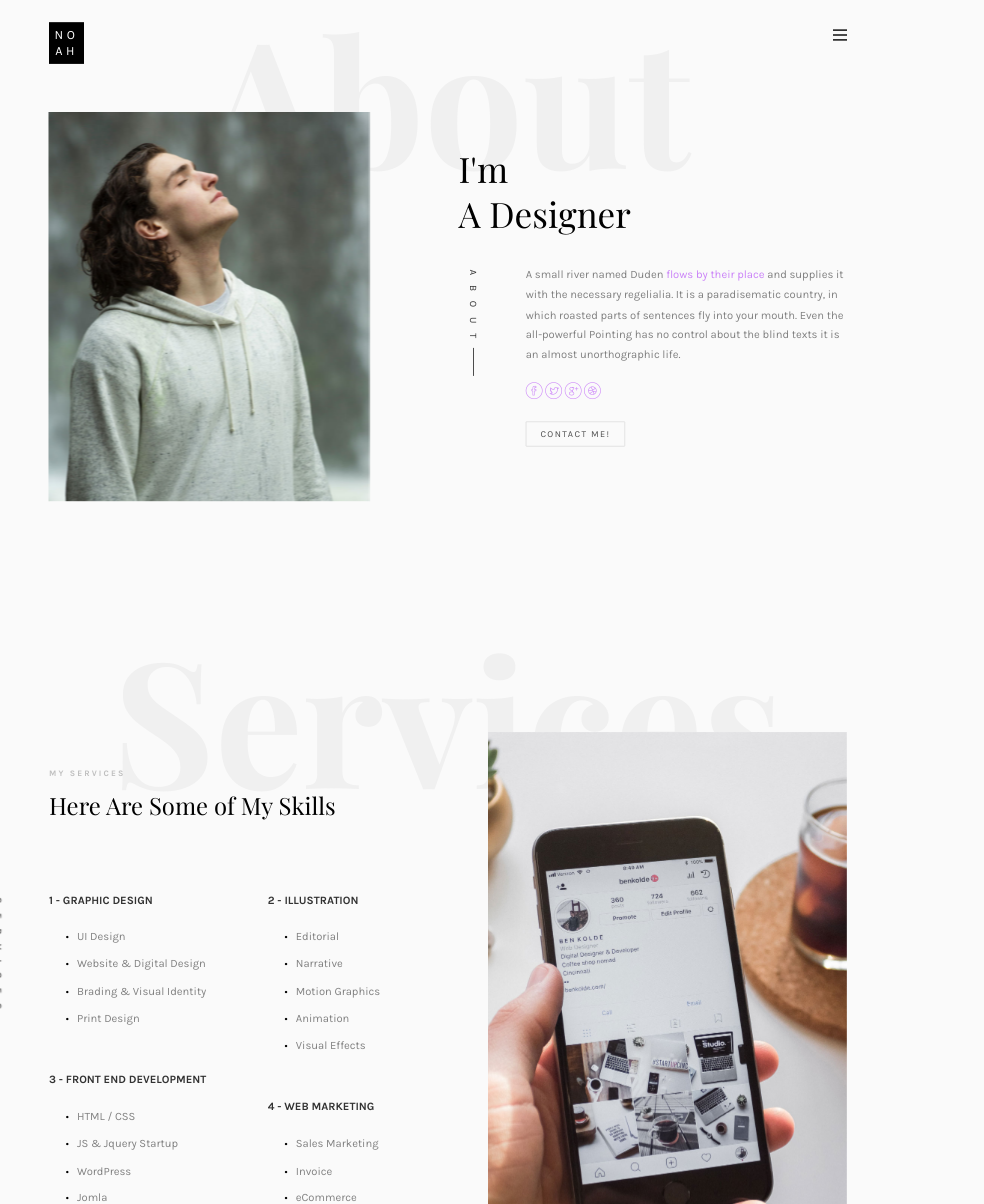
Repository: MyDogTomsky/soo_portfolio
Page: http://localhost/
An editor plug-in stored every save of this project. The page is shown before and after the next save, followed by the edit.
The browser window is 1280 px wide. The page is 1406 px wide, so the pictures cover 1406 px, including what lies to the right of the window. The pictures show the part of the page from y = 0 to 1720 px (the page is 9534 px tall), at 70% of full size.
Some web fonts or font styles are not loaded; a fallback is used. The page is served by the project's application, run on Flask 3 (web_app/app.py).

Above is the page before, as saved 2025-03-08 19:29:59.

### web_app/templates/index.html
<!DOCTYPE HTML>
<html>
	<head>
	<meta charset="utf-8">
	<meta http-equiv="X-UA-Compatible" content="IE=edge">
	<title>Noah Template</title>
	<meta name="viewport" content="width=device-width, initial-scale=1">
	<meta name="description" content="" />
	<meta name="keywords" content="" />
	<meta name="author" content="" />

  <!-- Facebook and Twitter integration -->
	<meta property="og:title" content=""/>
	<meta property="og:image" content=""/>
	<meta property="og:url" content=""/>
	<meta property="og:site_name" content=""/>
	<meta property="og:description" content=""/>
	<meta name="twitter:title" content="" />
	<meta name="twitter:image" content="" />
	<meta name="twitter:url" content="" />
	<meta name="twitter:card" content="" />

	<!-- Place favicon.ico and apple-touch-icon.png in the root directory -->
	<link rel="shortcut icon" href="favicon.ico">

	<link href="https://fonts.googleapis.com/css?family=Karla:400,700" rel="stylesheet">
	<link href="https://fonts.googleapis.com/css?family=Playfair+Display:400,400i,700" rel="stylesheet">

	<!-- Animate.css -->
	<link rel="stylesheet" href="css/animate.css">
	<!-- Icomoon Icon Fonts-->
	<link rel="stylesheet" href="css/icomoon.css">
	<!-- Bootstrap  -->
	<link rel="stylesheet" href="css/bootstrap.css">
	<!-- Owl Carousel -->
	<link rel="stylesheet" href="css/owl.carousel.min.css">
	<link rel="stylesheet" href="css/owl.theme.default.min.css">
	<!-- Magnific Popup -->
	<link rel="stylesheet" href="css/magnific-popup.css">

	<link rel="stylesheet" href="css/style.css">


	<!-- Modernizr JS -->
	<script src="js/modernizr-2.6.2.min.js"></script>
	<!-- FOR IE9 below -->
	<!--[if lt IE 9]>
	<script src="js/respond.min.js"></script>
	<![endif]-->

	</head>
	<body>

	<nav id="colorlib-main-nav" role="navigation">
		<a href="#" class="js-colorlib-nav-toggle colorlib-nav-toggle active"><i></i></a>
		<div class="js-fullheight colorlib-table">
			<div class="colorlib-table-cell js-fullheight">
				<div class="row">
					<div class="col-md-12">
						<div class="form-group">
							<input type="text" class="form-control" id="search" placeholder="Enter any key to search...">
							<button type="submit" class="btn btn-primary"><i class="icon-search3"></i></button>
						</div>
					</div>
				</div>
				<div class="row">
					<div class="col-md-12">
						<ul>
							<li class="active"><a href="index.html">Home</a></li>
							<li><a href="services.html">Services</a></li>
							<li><a href="work.html">Work</a></li>
							<li><a href="blog.html">Blog</a></li>
							<li><a href="about.html">About</a></li>
							<li><a href="contact.html">Contact</a></li>
						</ul>
					</div>
				</div>
				<div class="row">
					<div class="col-md-12">
						<h2 class="head-title">Works</h2>
						<a href="images/work-1.jpg" class="gallery image-popup-link text-center" style="background-image: url(images/work-1.jpg);">
							<span><i class="icon-search3"></i></span>
						</a>
						<a href="images/work-2.jpg" class="gallery image-popup-link text-center" style="background-image: url(images/work-2.jpg);">
							<span><i class="icon-search3"></i></span>
						</a>
						<a href="images/work-3.jpg" class="gallery image-popup-link text-center" style="background-image: url(images/work-3.jpg);">
							<span><i class="icon-search3"></i></span>
						</a>
						<a href="images/work-4.jpg" class="gallery image-popup-link text-center" style="background-image: url(images/work-4.jpg);">
							<span><i class="icon-search3"></i></span>
						</a>
					</div>
				</div>
			</div>
		</div>
	</nav>

	<div id="colorlib-page">
		<header>
			<div class="container">
				<div class="row">
					<div class="col-md-12">
						<div class="colorlib-navbar-brand">
							<a class="colorlib-logo" href="index.html"><span>No</span><span>ah</span></a>
						</div>
						<a href="#" class="js-colorlib-nav-toggle colorlib-nav-toggle"><i></i></a>
					</div>
				</div>
			</div>
		</header>
		<div id="colorlib-about">
			<div class="container">
				<div class="row text-center">
					<h2 class="bold">About</h2>
				</div>
				<div class="row">
					<div class="col-md-5 animate-box">
						<div class="owl-carousel3">
							<div class="item">
								<img class="img-responsive about-img" src="images/about.jpg" alt="html5 bootstrap template by colorlib.com">
							</div>
							<div class="item">
								<img class="img-responsive about-img" src="images/about-2.jpg" alt="html5 bootstrap template by colorlib.com">
							</div>
						</div>
					</div>
					<div class="col-md-6 col-md-push-1 animate-box">
						<div class="about-desc">
							<div class="owl-carousel3">
								<div class="item">
									<h2><span>Noah</span><span>Henderson</span></h2>
								</div>
								<div class="item">
									<h2><span>I'm</span><span>A Designer</span></h2>
								</div>
							</div>
							<div class="desc">
								<div class="rotate">
									<h2 class="heading">About</h2>
								</div>
								<p>A small river named Duden <a href="#">flows by their place</a> and supplies it with the necessary regelialia. It is a paradisematic country, in which roasted parts of sentences fly into your mouth. Even the all-powerful Pointing has no control about the blind texts it is an almost unorthographic life.</p>
								<p class="colorlib-social-icons">
									<a href="#"><i class="icon-facebook4"></i></a>
									<a href="#"><i class="icon-twitter3"></i></a>
									<a href="#"><i class="icon-googleplus"></i></a>
									<a href="#"><i class="icon-dribbble2"></i></a>
								</p>
								<p><a href="#" class="btn btn-primary btn-outline">Contact Me!</a></p>
							</div>
						</div>
					</div>
				</div>
			</div>
		</div>
		<div id="colorlib-services">
			<div class="container">
				<div class="row text-center">
					<h2 class="bold">Services</h2>
				</div>
				<div class="row">
					<div class="col-md-12">
						<div class="services-flex">
							<div class="one-third">
								<div class="row">
									<div class="col-md-12 col-md-offset-0 animate-box intro-heading">
										<span>My Services</span>
										<h2>Here Are Some of My Skills</h2>
									</div>
								</div>
								<div class="row">
									<div class="col-md-12">
										<div class="rotate">
											<h2 class="heading">Services</h2>
										</div>
									</div>
									<div class="col-md-6">
										<div class="services animate-box">
											<h3>1 - Graphic Design</h3>
											<ul>
												<li>UI Design</li>
												<li>Website &amp; Digital Design</li>
												<li>Brading &amp; Visual Identity</li>
												<li>Print Design</li>
											</ul>
										</div>
										<div class="services animate-box">
											<h3>3 - Front End Development</h3>
											<ul>
												<li>HTML / CSS</li>
												<li>JS &amp; Jquery Startup</li>
												<li>WordPress</li>
												<li>Jomla</li>
											</ul>
										</div>
									</div>
									<div class="col-md-6">
										<div class="services animate-box">
											<h3>2 - Illustration</h3>
											<ul>
												<li>Editorial</li>
												<li>Narrative</li>
												<li>Motion Graphics</li>
												<li>Animation</li>
												<li>Visual Effects</li>
											</ul>
										</div>
										<div class="services animate-box">
											<h3>4 - Web Marketing</h3>
											<ul>
												<li>Sales Marketing</li>
												<li>Invoice</li>
												<li>eCommerce</li>
											</ul>
										</div>
									</div>
								</div>
							</div>
							<div class="one-forth services-img" style="background-image: url(images/services-img-1.jpg);">
							</div>
						</div>
					</div>
				</div>
			</div>
		</div>

		<div id="colorlib-work">
			<div class="container">
				<div class="row text-center">
					<h2 class="bold">Works</h2>
				</div>
				<div class="row">
					<div class="col-md-12 col-md-offset-0 text-center animate-box intro-heading">
						<span>Portfolio</span>
						<h2>Done Projects</h2>
					</div>
				</div>
				<div class="row">
					<div class="col-md-12">
						<div class="rotate">
							<h2 class="heading">Portfolio</h2>
						</div>
					</div>
				</div>
				<div class="row">
					<div class="col-md-12">
						<div class="work-entry animate-box">
							<a href="work.html" class="work-img" style="background-image: url(images/work-1.jpg);">
								<div class="display-t">
									<div class="work-name">
										<h2>Pursuing Best</h2>
									</div>
								</div>
							</a>
							<div class="col-md-4 col-md-offset-4">
								<div class="desc">
									<p>Far far away, behind the word mountains, far from the countries Vokalia and Consonantia, there live the blind texts. Separated they live in Bookmarksgrove right at the coast of the Semantics, a large language ocean.</p>
									<p class="read"><a href="#">View details</a></p>
								</div>
							</div>
						</div>
					</div>
					<div class="col-md-12">
						<div class="work-entry animate-box">
							<a href="work.html" class="work-img" style="background-image: url(images/work-2.jpg);">
								<div class="display-t">
									<div class="work-name">
										<h2>Coordinates</h2>
									</div>
								</div>
							</a>
							<div class="col-md-4 col-md-offset-4">
								<div class="desc">
									<p>Far far away, behind the word mountains, far from the countries Vokalia and Consonantia, there live the blind texts. Separated they live in Bookmarksgrove right at the coast of the Semantics, a large language ocean.</p>
									<p class="read"><a href="#">View Details</a></p>
								</div>
							</div>
						</div>
					</div>
					<div class="col-md-12">
						<div class="work-entry animate-box">
							<a href="work.html" class="work-img" style="background-image: url(images/work-3.jpg);">
								<div class="display-t">
									<div class="work-name">
										<h2>Cristall</h2>
									</div>
								</div>
							</a>
							<div class="col-md-4 col-md-offset-4">
								<div class="desc">
									<p>Far far away, behind the word mountains, far from the countries Vokalia and Consonantia, there live the blind texts. Separated they live in Bookmarksgrove right at the coast of the Semantics, a large language ocean.</p>
									<p class="read"><a href="#">View details</a></p>
								</div>
							</div>
						</div>
					</div>
					<div class="col-md-12">
						<div class="work-entry animate-box">
							<a href="work.html" class="work-img" style="background-image: url(images/work-4.jpg);">
								<div class="display-t">
									<div class="work-name">
										<h2>Black</h2>
									</div>
								</div>
							</a>
							<div class="col-md-4 col-md-offset-4">
								<div class="desc">
									<p>Far far away, behind the word mountains, far from the countries Vokalia and Consonantia, there live the blind texts. Separated they live in Bookmarksgrove right at the coast of the Semantics, a large language ocean.</p>
									<p class="read"><a href="#">View details</a></p>
								</div>
							</div>
						</div>
					</div>
				</div>
			</div>
		</div>

		<div id="colorlib-blog">
			<div class="container">
				<div class="row text-center">
					<h2 class="bold">Blog</h2>
				</div>
				<div class="row">
					<div class="col-md-12 col-md-offset-0 text-center animate-box intro-heading">
						<span>Blog</span>
						<h2>Read Our Case</h2>
					</div>
				</div>
				<div class="row">
					<div class="col-md-12">
						<div class="rotate">
							<h2 class="heading">Our Blog</h2>
						</div>
					</div>
				</div>
				<div class="row animate-box">
					<div class="owl-carousel1">
						<div class="item">
							<div class="col-md-12">
								<div class="article">
									<a href="blog.html" class="blog-img">
										<img class="img-responsive" src="images/img-1.jpg" alt="html5 bootstrap by colorlib.com">
										<div class="overlay"></div>
										<div class="link">
											<span class="read">Read more</h2>
										</div>
									</a>
									<div class="desc">
										<span class="meta">15, Feb 2018</span>
										<h2><a href="blog.html">A Japanese Constellation</a></h2>
										<p>When she reached the first hills of the Italic Mountains, she had a last view back on the skyline of her hometown Bookmarksgrove</p>
									</div>
								</div>
							</div>
						</div>
						<div class="item">
							<div class="col-md-12">
								<div class="article">
									<a href="blog.html" class="blog-img">
										<img class="img-responsive" src="images/img-2.jpg" alt="html5 bootstrap by colorlib.com">
										<div class="overlay"></div>
										<div class="link">
											<span class="read">Read more</h2>
										</div>
									</a>
									<div class="desc">
										<span class="meta">15, Feb 2018</span>
										<h2><a href="blog.html">A Japanese Constellation</a></h2>
										<p>When she reached the first hills of the Italic Mountains, she had a last view back on the skyline of her hometown Bookmarksgrove</p>
									</div>
								</div>
							</div>
						</div>
						<div class="item">
							<div class="col-md-12">
								<div class="article">
									<a href="blog.html" class="blog-img">
										<img class="img-responsive" src="images/img-3.jpg" alt="html5 bootstrap by colorlib.com">
										<div class="overlay"></div>
										<div class="link">
											<span class="read">Read more</h2>
										</div>
									</a>
									<div class="desc">
										<span class="meta">15, Feb 2018</span>
										<h2><a href="blog.html">A Japanese Constellation</a></h2>
										<p>When she reached the first hills of the Italic Mountains, she had a last view back on the skyline of her hometown Bookmarksgrove</p>
									</div>
								</div>
							</div>
						</div>
					</div>
				</div>
			</div>
		</div>

		<div id="colorlib-testimony">
			<div class="container">
				<div class="row text-center">
					<h2 class="bold">Testimonies</h2>
				</div>
				<div class="row">
					<div class="col-md-12 col-md-offset-0 text-center animate-box intro-heading">
						<span>Testimonies</span>
						<h2>Clients Says</h2>
					</div>
				</div>
				<div class="row">
					<div class="col-md-12">
						<div class="rotate">
							<h2 class="heading">Says</h2>
						</div>
					</div>
				</div>
				<div class="row animate-box">
					<div class="owl-carousel">
						<div class="item">
							<div class="col-md-12 text-center">
								<div class="testimony">
									<blockquote>
										<p>"A small river named Duden flows by their place and supplies it with the necessary regelialia.</p>
										<span>" &mdash; George Brooks</span>
									</blockquote>
								</div>
							</div>
						</div>
						<div class="item">
							<div class="col-md-12 text-center">
								<div class="testimony">
									<blockquote>
										<p>"Even the all-powerful Pointing has no control about the blind texts it is an almost unorthographic life One day however a small line of blind text by the name of Lorem Ipsum decided to leave for the far World of Grammar.</p>
										<span>" &mdash; Daniel Foster</span>
									</blockquote>
								</div>
							</div>
						</div>
						<div class="item">
							<div class="col-md-12 text-center">
								<div class="testimony">
									<blockquote>
										<p>"When she reached the first hills of the Italic Mountains, she had a last view back on the skyline of her hometown Bookmarksgrove</p>
										<span>" &mdash; Liam Jenkins</span>
									</blockquote>
								</div>
							</div>
						</div>
					</div>
				</div>
			</div>
		</div>

		<footer>
			<div id="footer">
				<div class="container">
					<div class="row">
						<div class="col-md-4 col-pb-sm">
							<div class="row">
								<div class="col-md-10">
									<h2>Let's Talk</h2>
									<p>A small river named Duden flows by their place and supplies.</p>
									<p><a href="#">noah@info.com</a></p>
									<p class="colorlib-social-icons">
										<a href="#"><i class="icon-facebook4"></i></a>
										<a href="#"><i class="icon-twitter3"></i></a>
										<a href="#"><i class="icon-googleplus"></i></a>
										<a href="#"><i class="icon-dribbble2"></i></a>
									</p>
								</div>
							</div>
						</div>
						<div class="col-md-4 col-pb-sm">
							<h2>Latest Blog</h2>
							<div class="f-entry">
								<a href="#" class="featured-img" style="background-image: url(images/img-1.jpg);"></a>
								<div class="desc">
									<span>February 15, 2018</span>
									<h3><a href="#">Art Gallery in Japan</a></h3>
								</div>
							</div>
							<div class="f-entry">
								<a href="#" class="featured-img" style="background-image: url(images/img-2.jpg);"></a>
								<div class="desc">
									<span>February 9, 2018</span>
									<h3><a href="#">A Japanese Constellation</a></h3>
								</div>
							</div>
							<div class="f-entry">
								<a href="#" class="featured-img" style="background-image: url(images/img-3.jpg);"></a>
								<div class="desc">
									<span>February 15, 2018</span>
									<h3><a href="#">Road Trip</a></h3>
								</div>
							</div>
						</div>
						<div class="col-md-4 col-pb-sm">
							<h2>Newsletter</h2>
							<p>A small river named Duden flows by their place and supplies it with the necessary regelialia</p>
							<div class="subscribe text-center">
								<div class="form-group">
									<input type="text" class="form-control text-center" placeholder="Enter Email address">
									<input type="submit" value="Subscribe" class="btn btn-primary btn-custom">
								</div>
							</div>
						</div>
					</div>
					<div class="row">
						<div class="col-md-12 text-center">
							<p>
								&copy; <!-- Link back to Colorlib can't be removed. Template is licensed under CC BY 3.0. -->
Copyright &copy;<script>document.write(new Date().getFullYear());</script> All rights reserved | This template is made with <i class="icon-heart4" aria-hidden="true"></i> by <a href="https://colorlib.com" target="_blank">Colorlib</a>
<!-- Link back to Colorlib can't be removed. Template is licensed under CC BY 3.0. -->
							</p>
						</div>
					</div>
				</div>
			</div>
		</footer>

	</div>

	<!-- jQuery -->
	<script src="js/jquery.min.js"></script>
	<!-- jQuery Easing -->
	<script src="js/jquery.easing.1.3.js"></script>
	<!-- Bootstrap -->
	<script src="js/bootstrap.min.js"></script>
	<!-- Waypoints -->
	<script src="js/jquery.waypoints.min.js"></script>
	<!-- Owl Carousel -->
	<script src="js/owl.carousel.min.js"></script>
	<!-- Magnific Popup -->
	<script src="js/jquery.magnific-popup.min.js"></script>
	<script src="js/magnific-popup-options.js"></script>

	<!-- Main JS (Do not remove) -->
	<script src="js/main.js"></script>

	</body>
</html>

### web_app/app.py
# Flask SETUP for A bootstrap file
from flask import Flask, render_template

app = Flask(__name__)

# Homepage
@app.route('/')
def home():
    return render_template('index.html')

# 'about.html'
@app.route('/about')
def about():
    return render_template('about.html')

# 'blog.html'
@app.route('/blog')
def blog():
    return render_template('blog.html')

# 'contact.html'
@app.route('/contact')
def contact():
    return render_template('contact.html')

# 'services.html'
@app.route('/services')
def services():
    return render_template('services.html')

# 'single.html'
@app.route('/single')
def single():
    return render_template('single.html')

# 'work.html'
@app.route('/work')
def work():
    return render_template('work.html')

# 'work-single.html'
@app.route('/work-single')
def work_single():
    return render_template('work-single.html')

# execute Flask app
if __name__ == '__main__':
    app.run(debug=True)

Loaded but not shown: web_app/static/css/animate.css (library); web_app/static/css/icomoon.css (common file); web_app/static/css/bootstrap.css (library); web_app/static/css/owl.carousel.min.css (library); web_app/static/css/owl.theme.default.min.css (common file); web_app/static/css/magnific-popup.css (library); web_app/static/js/modernizr-2.6.2.min.js (library); web_app/static/js/jquery.min.js (library); web_app/static/js/jquery.easing.1.3.js (library); web_app/static/js/bootstrap.min.js (library); web_app/static/js/jquery.waypoints.min.js (library); web_app/static/js/owl.carousel.min.js (library); web_app/static/js/jquery.magnific-popup.min.js (library); web_app/static/js/magnific-popup-options.js (common file); web_app/static/js/main.js (176 lines, source omitted); web_app/static/css/style.css (1315 lines, source omitted)

After the next save:
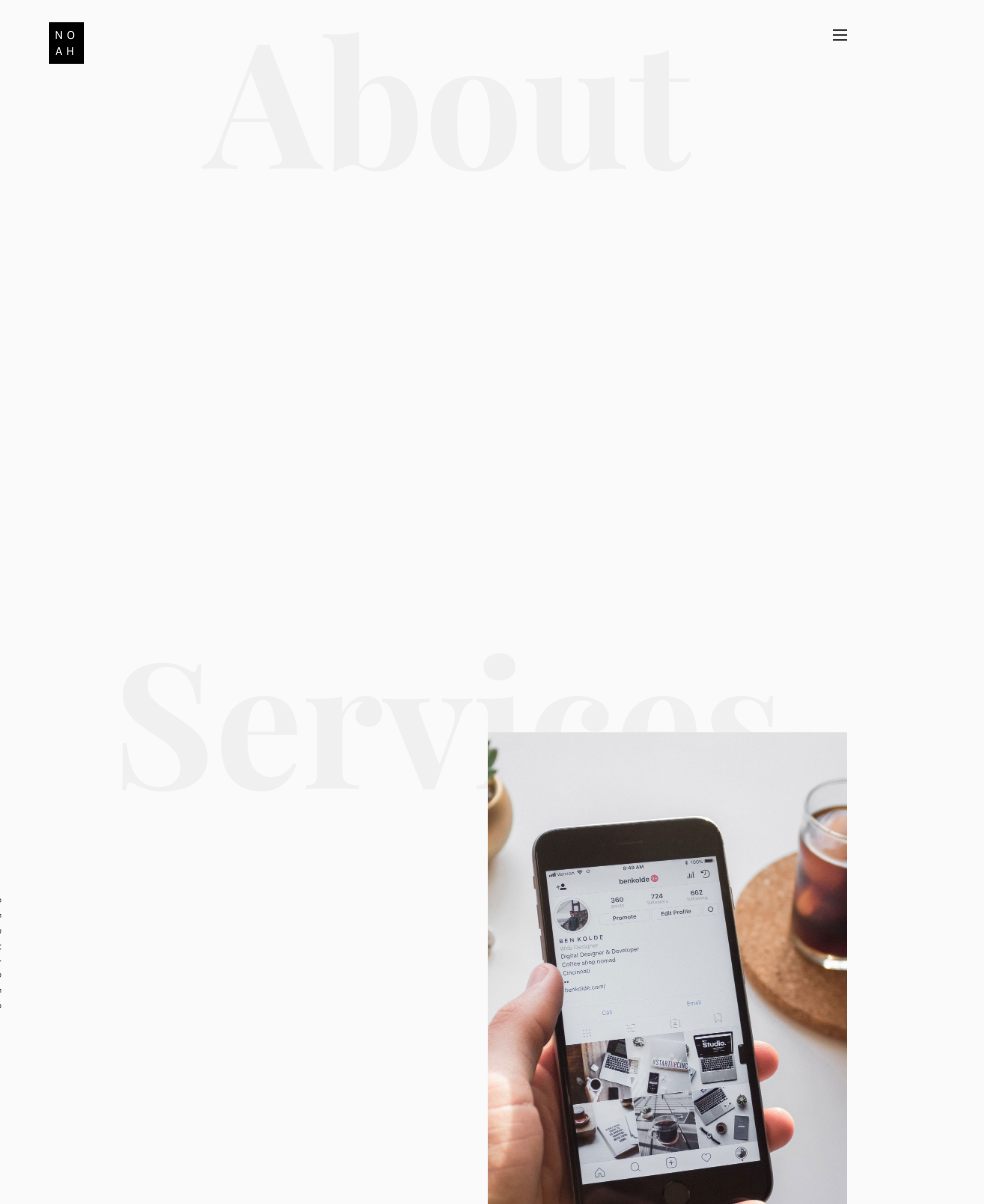
Saved 5 min 16 s later.
--- a/web_app/templates/index.html
+++ b/web_app/templates/index.html
@@ -27,7 +27,8 @@
 	<link href="https://fonts.googleapis.com/css?family=Playfair+Display:400,400i,700" rel="stylesheet">
 
 	<!-- Animate.css -->
-	<link rel="stylesheet" href="css/animate.css">
+	<!--<link rel="stylesheet" href="css/animate.css">-->
+	<link rel="stylesheet" href="{{ url_for('static', filename='css/style.css') }}">
 	<!-- Icomoon Icon Fonts-->
 	<link rel="stylesheet" href="css/icomoon.css">
 	<!-- Bootstrap  -->
